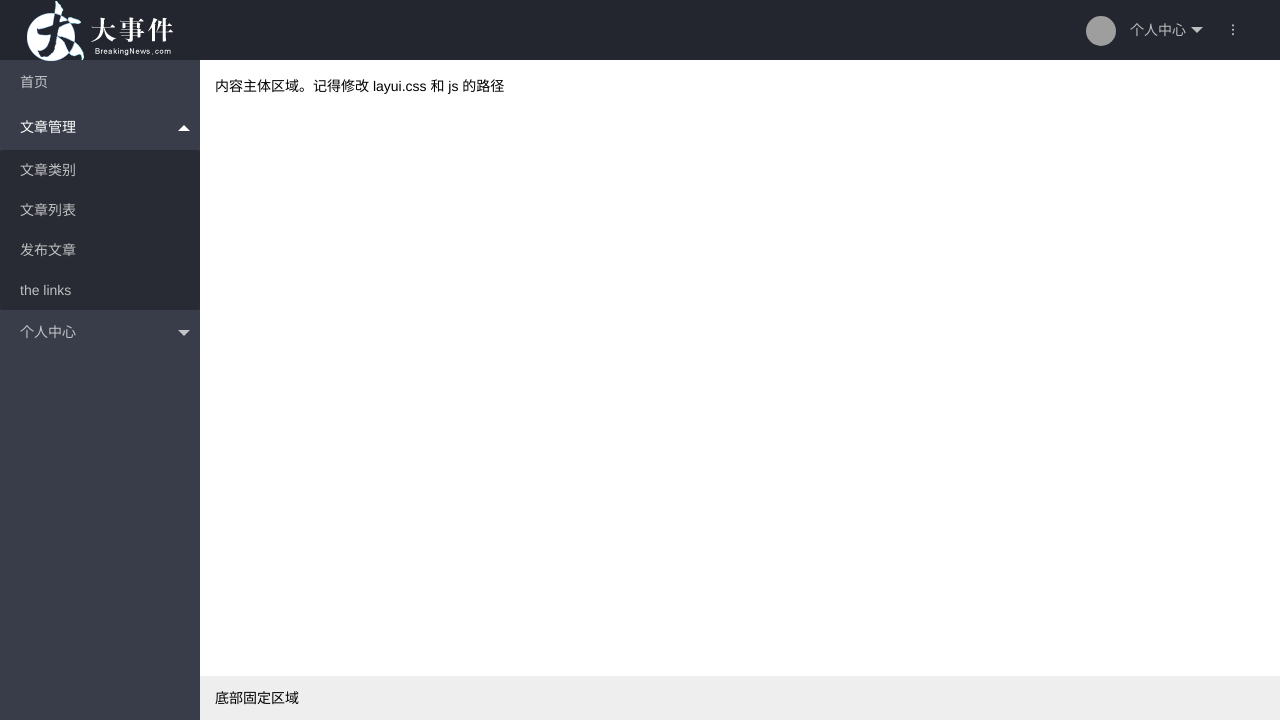
Repository: lithronmatic/web_bigbigevent
Page: index.html
An editor plug-in stored every save of this project. The page is shown before and after the next save, followed by the edit.
The browser window is 1280 px wide. The pictures show the whole page.
Pictures or frames that could not be fetched are drawn as grey boxes. The page's requests for data from a server got no answer.

Above is the page before, as saved 2022-09-03 08:48:17.

### index.html
<!DOCTYPE html>
<html lang="en">

<head>
    <meta charset="UTF-8">
    <meta http-equiv="X-UA-Compatible" content="IE=edge">
    <meta name="viewport" content="width=device-width, initial-scale=1.0">
    <title>后台主页</title>
    <link rel="stylesheet" href="./assets/lib/layui/css/layui.css">
</head>

<body>
    <div class="layui-layout layui-layout-admin">
        <div class="layui-header">
            <div class="layui-logo">
                <img src="./assets/images/logo.png" alt="">
            </div>
            <!-- 头部区域（可配合layui 已有的水平导航） -->
            <ul class="layui-nav layui-layout-right">
                <li class="layui-nav-item layui-hide layui-show-md-inline-block">
                    <a href="javascript:;">
                        <img src="//tva1.sinaimg.cn/crop.0.0.118.118.180/5db11ff4gw1e77d3nqrv8j203b03cweg.jpg"
                            class="layui-nav-img">
                        个人中心
                    </a>
                    <dl class="layui-nav-child">
                        <dd><a href="">基本资料</a></dd>
                        <dd><a href="">更换头像</a></dd>
                        <dd><a href="">重置密码</a></dd>
                    </dl>
                </li>
                <li class="layui-nav-item" lay-header-event="menuRight" lay-unselect>
                    <a href="javascript:;">
                        <i class="layui-icon layui-icon-more-vertical"></i>
                    </a>
                </li>
            </ul>
        </div>

        <div class="layui-side layui-bg-black">
            <div class="layui-side-scroll">
                <!-- 左侧导航区域（可配合layui已有的垂直导航） -->
                <ul class="layui-nav layui-nav-tree" lay-filter="test">
                    <li class="layui-nav-item"><a href="">首页</a></li>
                    <li class="layui-nav-item layui-nav-itemed">
                        <a class="" href="javascript:;">文章管理</a>
                        <dl class="layui-nav-child">
                            <dd><a href="javascript:;">文章类别</a></dd>
                            <dd><a href="javascript:;">文章列表</a></dd>
                            <dd><a href="javascript:;">发布文章</a></dd>
                            <dd><a href="">the links</a></dd>
                        </dl>
                    </li>
                    <li class="layui-nav-item">
                        <a href="javascript:;">个人中心</a>
                        <dl class="layui-nav-child">
                            <dd><a href="javascript:;">list 1</a></dd>
                            <dd><a href="javascript:;">list 2</a></dd>
                            <dd><a href="">超链接</a></dd>
                        </dl>
                    </li>
                </ul>
            </div>
        </div>

        <div class="layui-body">
            <!-- 内容主体区域 -->
            <div style="padding: 15px;">内容主体区域。记得修改 layui.css 和 js 的路径</div>
        </div>

        <div class="layui-footer">
            <!-- 底部固定区域 -->
            底部固定区域
        </div>
    </div>

    <!-- 导入layui.js文件 -->
    <script src="./assets/lib/layui/layui.all.js"></script>
    <!-- 导入jquery -->
    <script src="./assets/lib/jquery.js"></script>
    <!-- 导入baseAPI -->
    <script src="./assets/js/baseAPI.js"></script>
    <!-- 导入自己的js -->
    <script src="./assets/js/index.js"></script>
</body>

</html>

### assets/js/baseAPI.js
// 在调用$.get()或$.post()或$.ajax()之前，都会先调用
// $.ajaxPrefilter这个函数
$.ajaxPrefilter(function(options){
    // console.log(options.url);//
    // 在发起真正的Ajax请求之前，统一拼接请求的根路径
    options.url = "http://www.liulongbin.top:3007" + options.url;
})

### assets/js/index.js
// $(function(){
//     getUserInfo();
// })

// var layer = layui.layer;
// // 获取用户的基本信息
// function getUserInfo(){
//     $.ajax({
//         method:'GET',
//         url:'/my/userinfo',
//         // headers就是请求头配置对象
//         headers:{
//             Authorization:localStorage.getItem('token') || ""
//         },
//         success:function(res){
//            if(res.status!==0){
//              return layui.layer.msg('获取用户信息失败!');
//            }
//         //调用renderAvatar 渲染用户的头像
//         renderAvatar(res.data);
//         }
//     })
// }

// // 渲染用户的头像
// function renderAvatar(user){
//     // 1.获取用户名称
//     var name = user.nickname || user.username;
//     // 2.设置欢迎的文本
//     $('#welcome').html('欢迎&nbsp;&nbsp;'+ name);
//     // 3.按需渲染用户的头像
//     if(user.user_pic!==null){
//         // 3.1渲染图片头像
//         $(".layui-nav-img").attr('src',user.user_pic).show();
//         // 让文本头像隐藏
//         $(".text-avatar").hide();
//     }else{
//         // 3.2渲染文本头像
//         // 让图片头像隐藏
//         $(".layui-nav-img").hide();
//         //渲染文本头像
//         var first = name[0].toUpperCase();
//         $(".text-avatar").html(first).show();
//     }
// }

$(function(){
    getUserInfo()

})

// 获取用户基本信息
function getUserInfo(){
    $.ajax({
        type:'GET',
        url:'/my/userinfo',
        // headers 请求头配置对象
        headers:{
            Authorization:localStorage.getItem('token')
        },
        success:function(res){
            if(res.status!=0){
                return layui.layer.msg('获取用户信息失败!')
            }
            // 调用renderAvatar渲染用户的头像
            renderAvatar(res.data)
        }
    })
}

// 渲染用户的头像
function renderAvatar(user){

}

Loaded but not shown: assets/lib/layui/css/layui.css (library); assets/lib/layui/layui.all.js (library); assets/lib/jquery.js (library); assets/lib/layui/css/modules/laydate/default/laydate.css (library); assets/lib/layui/css/modules/layer/default/layer.css (library); assets/lib/layui/css/modules/code.css (common file)

After the next save:
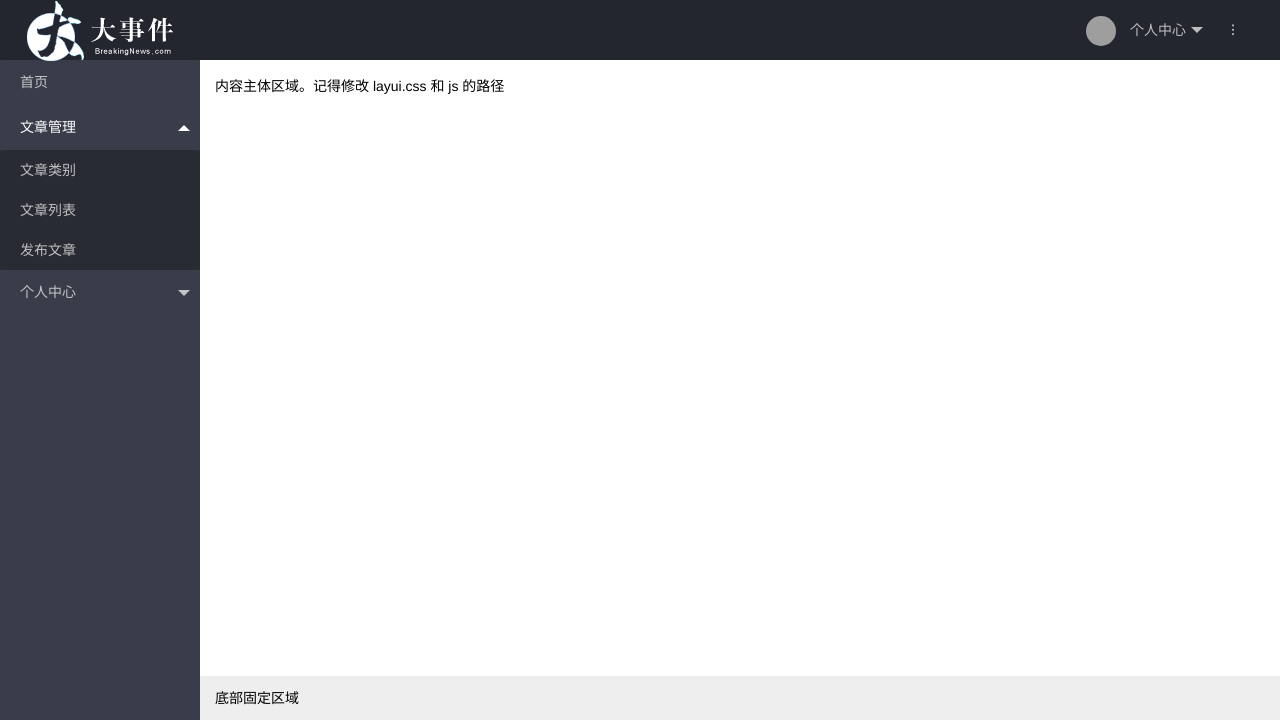
Saved 5 s later.
--- a/index.html
+++ b/index.html
@@ -48,7 +48,6 @@
                             <dd><a href="javascript:;">文章类别</a></dd>
                             <dd><a href="javascript:;">文章列表</a></dd>
                             <dd><a href="javascript:;">发布文章</a></dd>
-                            <dd><a href="">the links</a></dd>
                         </dl>
                     </li>
                     <li class="layui-nav-item">
